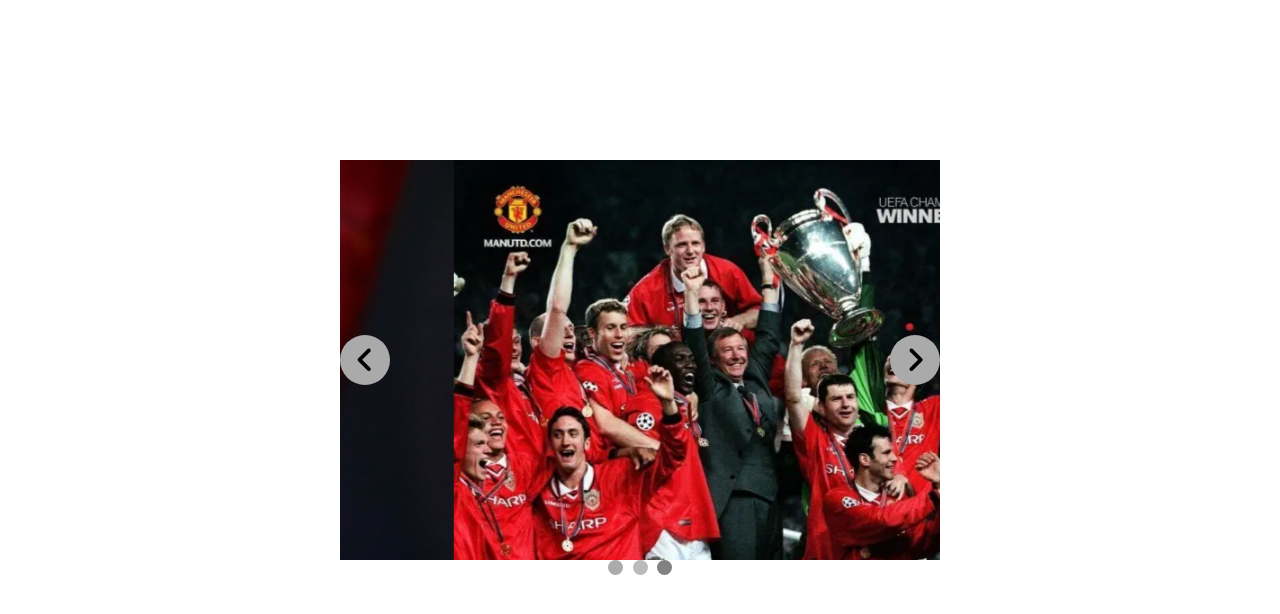
Repository: HoanTiny/slideShow
Page: index.html
An editor plug-in stored every save of this project. The page is shown before and after the next save, followed by the edit.
The browser window is 1280 px wide. The pictures show the whole page.
Some web libraries are served in a nearby version.

Above is the page before, as saved 2022-08-17 10:22:06.

After the next save:
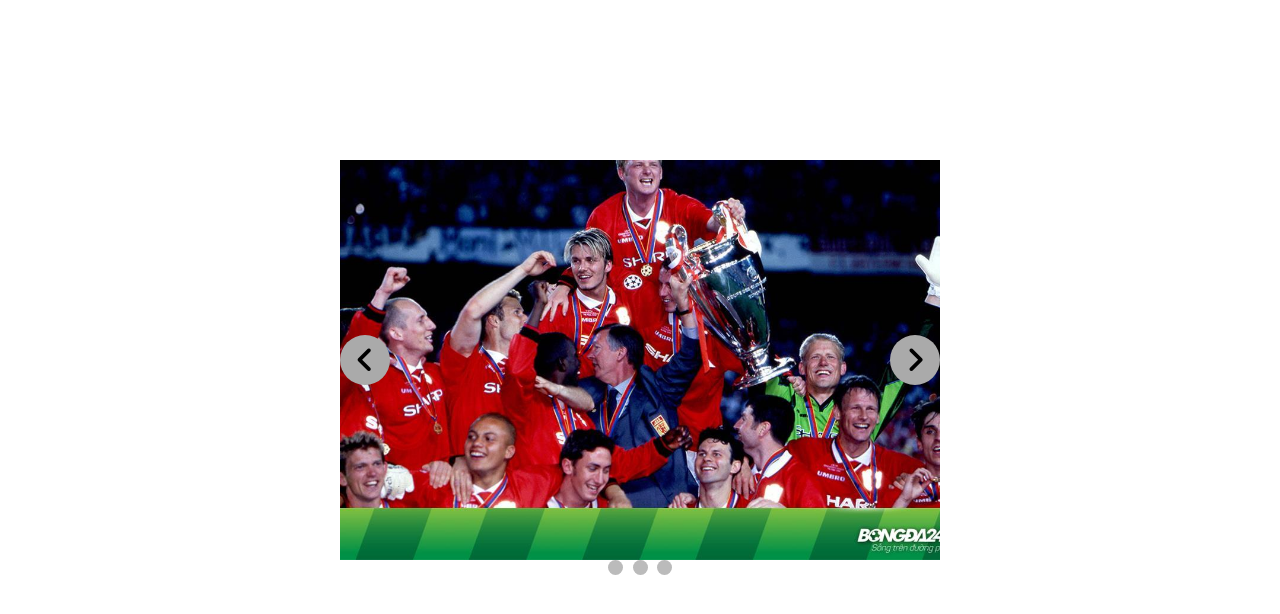
Console error: TypeError: Cannot read properties of undefined (reading 'className')
Saved 28 h 1 min later.
--- a/index.html
+++ b/index.html
@@ -22,6 +22,9 @@
                     <img src="./acssets/img/mU.jpg" alt="" class="slide" />
                     <img src="./acssets/img/logo.jpg" alt="" class="slide" />
                     <img src="./acssets/img/manU.jpg" alt="" class="slide" />
+                    <img src="./acssets/img/logo.jpg" alt="" class="slide" />
+                    <img src="./acssets/img/mU.jpg" alt="" class="slide" />
+
                 </div>
             </div>
             <i

After the save that followed:
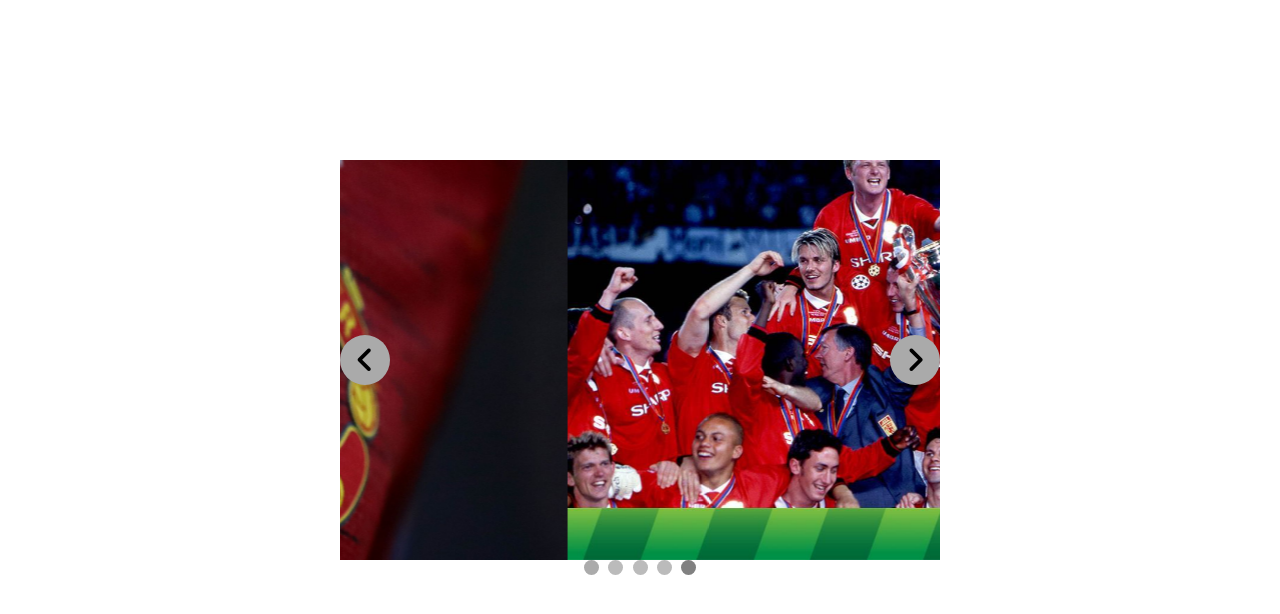
The error is gone.
Saved 41 s later.
--- a/index.html
+++ b/index.html
@@ -24,7 +24,6 @@
                     <img src="./acssets/img/manU.jpg" alt="" class="slide" />
                     <img src="./acssets/img/logo.jpg" alt="" class="slide" />
                     <img src="./acssets/img/mU.jpg" alt="" class="slide" />
-
                 </div>
             </div>
             <i
@@ -35,6 +34,8 @@
                 <span class="dot"></span>
                 <span class="dot"></span>
                 <span class="dot"></span>
+                <span class="dot"></span>
+                <span class="dot"></span>
             </div>
         </div>
 
